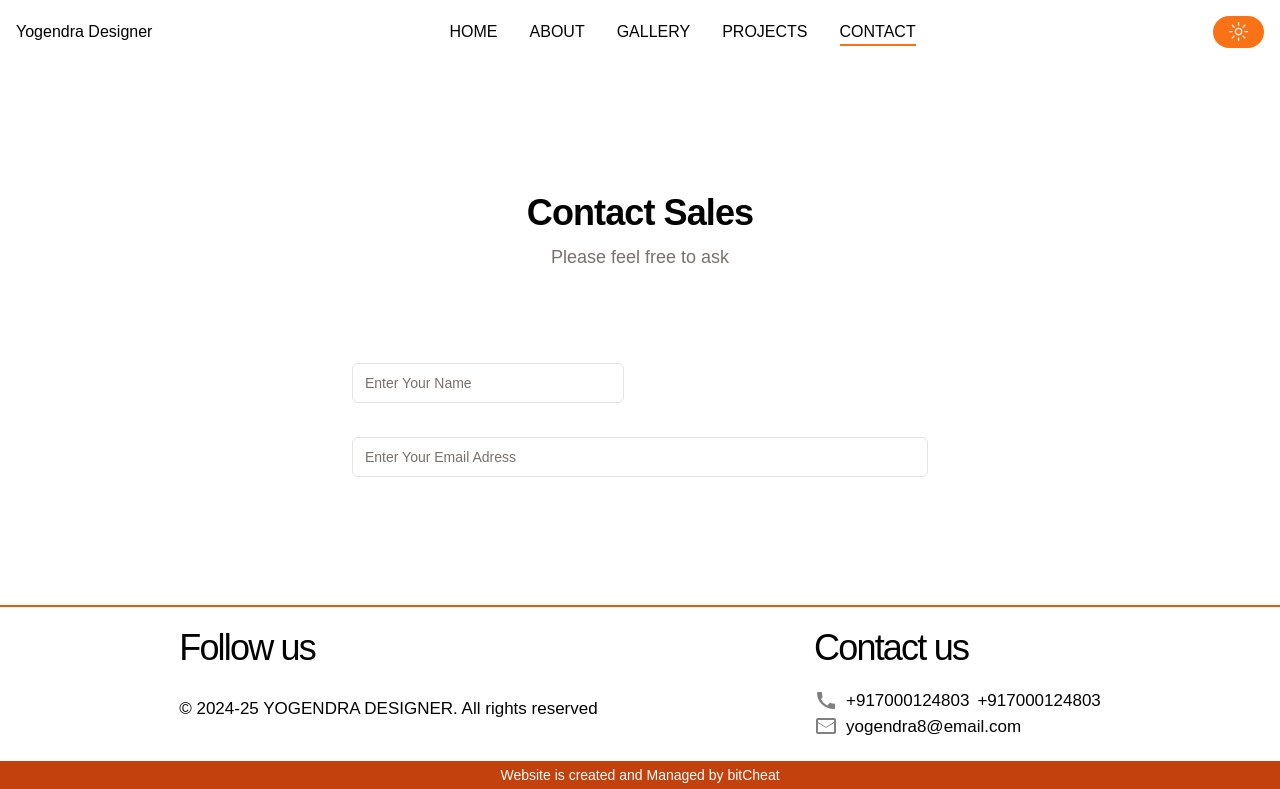
Repository: hitoutvrma/MB_designs-Interior-Designing-website
Page: /contact
The author's editor kept a copy of each file at every save. The page is drawn from the files as they stood at one save, then again after the next save.
The browser window is 1280 px wide. The pictures show the whole page.
The project was rebuilt for these pictures with package versions that can differ from the ones it lists, and the page was loaded fresh each time. The framework's server and built-in components were replaced by stand-ins that run in the browser. Also part of the build but not shown: next.config.mjs.

Above is the page before, as saved 2024-09-16 18:50:05.

After the next save:
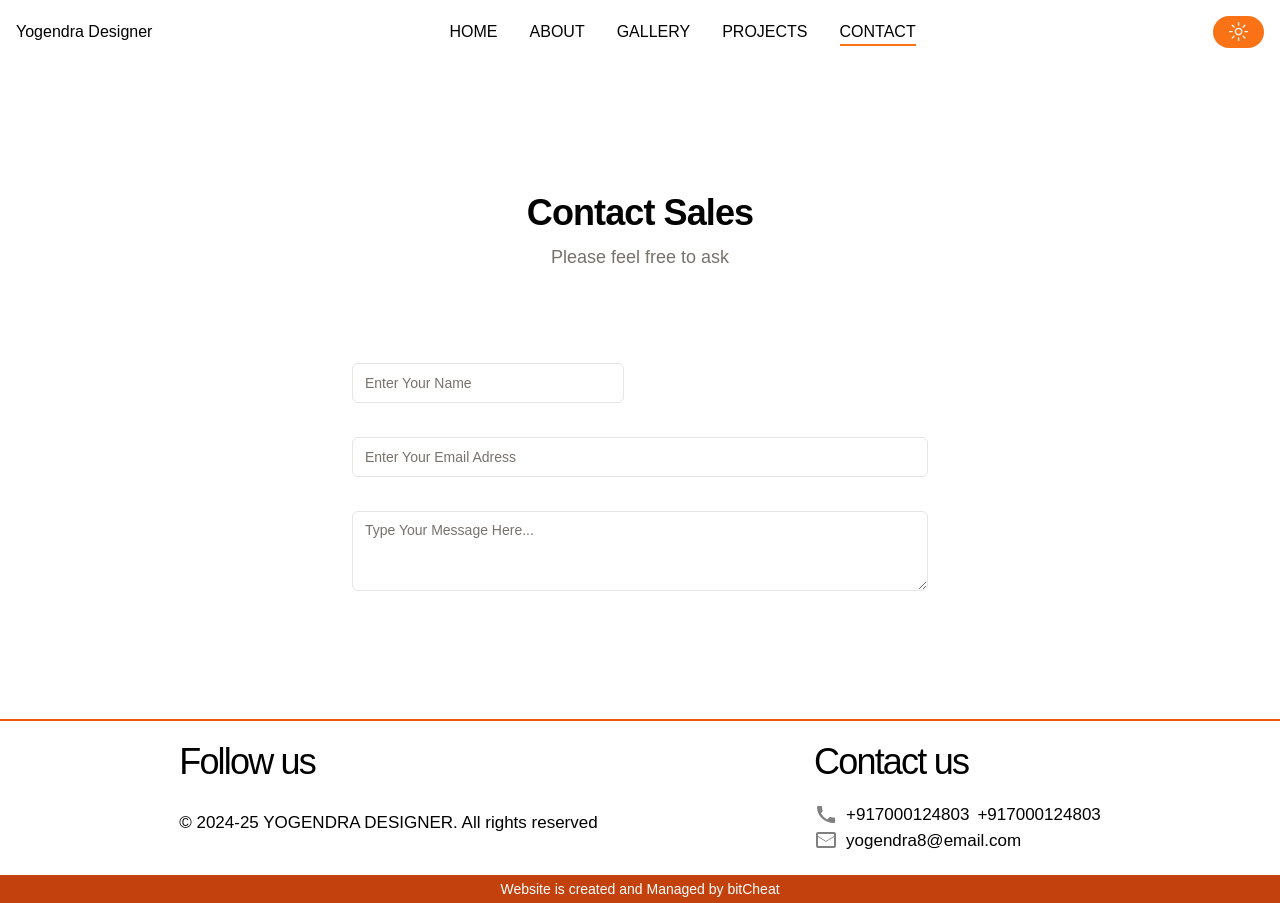
Saved 86 s later.
--- a/app/contact/page.jsx
+++ b/app/contact/page.jsx
@@ -1,4 +1,5 @@
 import { Input } from "@/components/ui/input";
+import { Textarea } from "@/components/ui/textarea";
 
 export default function ContactSection(){
   return (
@@ -15,7 +16,11 @@ export default function ContactSection(){
               <div className="sm:col-span-2">
                 <div className="mt-2.5">
                 <Input type='email' id='name' placeholder='Enter Your Email Adress' />
-
+                </div>
+              </div>
+              <div className="sm:col-span-2">
+                <div className="mt-2.5">
+                <Textarea placeholder='Type Your Message Here...'/>
                 </div>
               </div>
             </div>
